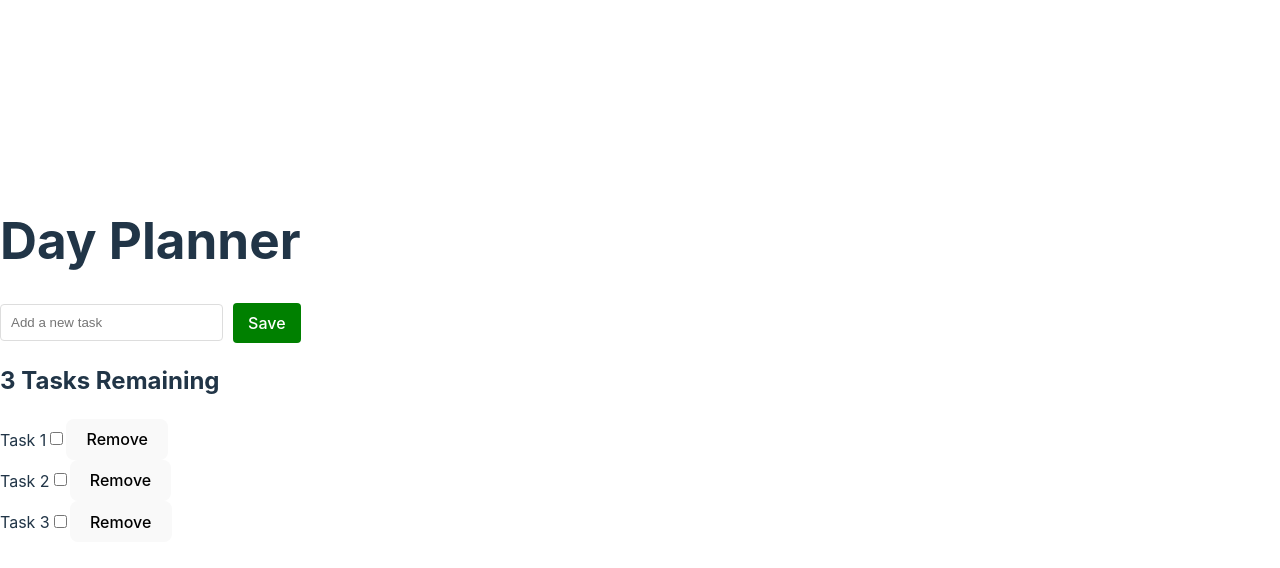
Repository: GavinPahal/Lab7
Page: /
An editor plug-in stored every save of this project. The page is shown before and after the next save, followed by the edit.
The browser window is 1280 px wide. The pictures show the whole page.
The project was rebuilt for these pictures with package versions that can differ from the ones it lists, and the page was loaded fresh each time. Also part of the build but not shown: vite.config.js.

Above is the page before, as saved 2024-10-27 12:32:29.

### src/App.jsx
import React, { useState } from 'react';
import Task from './components/Task';
import TaskForm from './components/TaskForm';
import './App.css';

function App() {
  const [tasks, setTasks] = useState([
    { text: 'Task 1', isCompleted: false },
    { text: 'Task 2', isCompleted: false },
    { text: 'Task 3', isCompleted: false },
  ]);  // Initial 3 tasks

  const [showAll, setShowAll] = useState(false);  // State to toggle showing all tasks

  // Function to add a new task
  const addTask = (task) => {
    setTasks([...tasks, { text: task, isCompleted: false }]);
  };

  // Function to toggle task completion status
  const toggleTask = (index) => {
    const newTasks = [...tasks];
    newTasks[index].isCompleted = !newTasks[index].isCompleted;
    setTasks(newTasks);
  };

  // Function to delete a task
  const deleteTask = (index) => {
    const newTasks = tasks.filter((_, i) => i !== index);
    setTasks(newTasks);
  };

  // Get the count of pending tasks
  const pendingTasks = tasks.filter(task => !task.isCompleted).length;

  // Control how many tasks to display (first 3 or all)
  const tasksToDisplay = showAll ? tasks : tasks.slice(0, 3);

  return (
    <div className="app">
      <h1>Day Planner</h1>

      {/* TaskForm is now between the heading and task count */}
      <TaskForm addTask={addTask} />

      <h2>{pendingTasks} Tasks Remaining</h2>

      <div className="task-list">
        {tasksToDisplay.length > 0 ? (
          tasksToDisplay.map((task, index) => (
            <Task
              key={index}
              index={index}
              task={task}
              toggleTask={toggleTask}
              deleteTask={deleteTask}
            />
          ))
        ) : null /* Removed the "No tasks available" message */}
      </div>

      {tasks.length > 3 && !showAll && (
        <button onClick={() => setShowAll(true)}>Show All Tasks</button>
      )}
    </div>
  );
}

export default App;

### src/components/Task.jsx
import React from 'react';

function Task({ task, index, toggleTask, deleteTask }) {
  return (
    <div className={`task ${task.isCompleted ? 'completed' : ''}`}>
      <span>{task.text}</span>
      <input
        type="checkbox"
        checked={task.isCompleted}
        onChange={() => toggleTask(index)}
      />
      <button onClick={() => deleteTask(index)}>Remove</button>
    </div>
  );
}

export default Task;

### src/components/TaskForm.jsx
import React, { useState } from 'react';

function TaskForm({ addTask }) {
  const [value, setValue] = useState('');

  const handleSubmit = (e) => {
    e.preventDefault();
    if (!value) return;
    addTask(value);
    setValue('');
  };

  return (
    <form onSubmit={handleSubmit} className="task-form">
      <input
        type="text"
        value={value}
        onChange={(e) => setValue(e.target.value)}
        placeholder="Add a new task"
      />
      <button type="submit">Save</button>  {/* Save button */}
    </form>
  );
}

export default TaskForm;

### src/App.css
.task-form {
  display: flex; /* Use flexbox for alignment */
  align-items: center; /* Center items vertically */
  margin-bottom: 20px; /* Space below the form */
}

.task-form input[type="text"] {
  flex: 1; /* Allow the input to take available space */
  padding: 10px; /* Same padding for consistency */
  margin-right: 10px; /* Space between input and button */
  border: 1px solid #ddd; /* Add border */
  border-radius: 4px; /* Rounded corners */
}

.task-form button {
  padding: 10px 15px; /* Adjust padding for button */
  background-color: green; /* Green background */
  color: white; /* White text */
  border: none; /* No border */
  cursor: pointer; /* Pointer cursor on hover */
  border-radius: 4px; /* Rounded corners */
}

.task-form button:hover {
  opacity: 0.8; /* Slightly dim when hovered */
}

Loaded but not shown: index.html (common file); src/main.jsx (common file); src/index.css (common file)

After the next save:
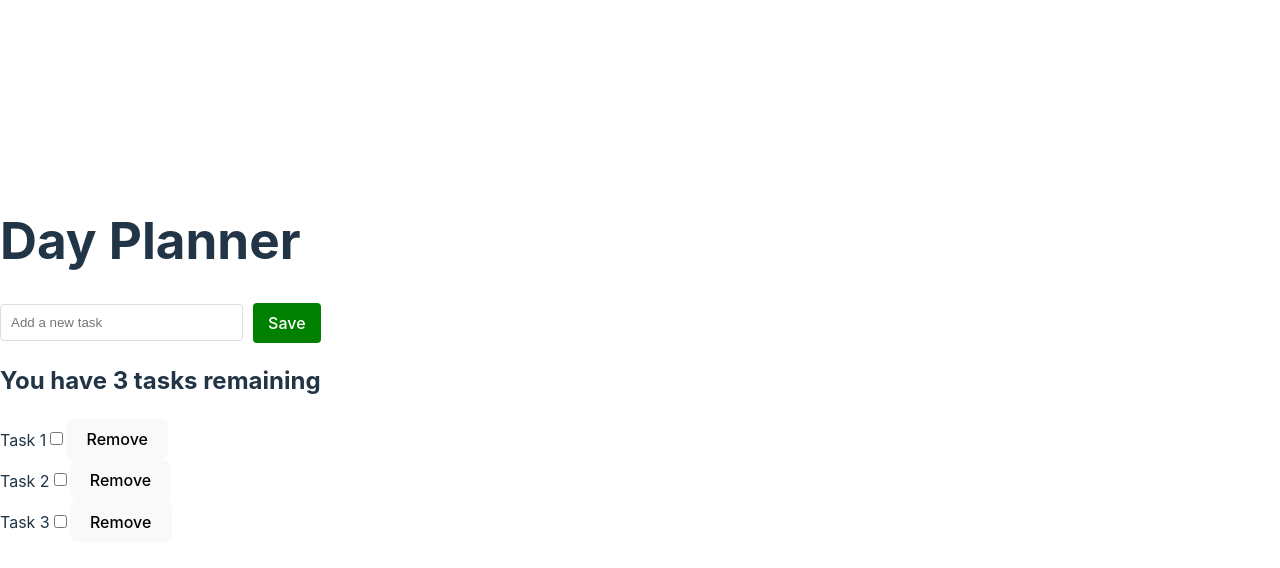
Saved 4 min 2 s later.
--- a/src/App.jsx
+++ b/src/App.jsx
@@ -43,7 +43,7 @@ function App() {
       {/* TaskForm is now between the heading and task count */}
       <TaskForm addTask={addTask} />
 
-      <h2>{pendingTasks} Tasks Remaining</h2>
+      <h2> You have {pendingTasks} tasks remaining</h2>
 
       <div className="task-list">
         {tasksToDisplay.length > 0 ? (
